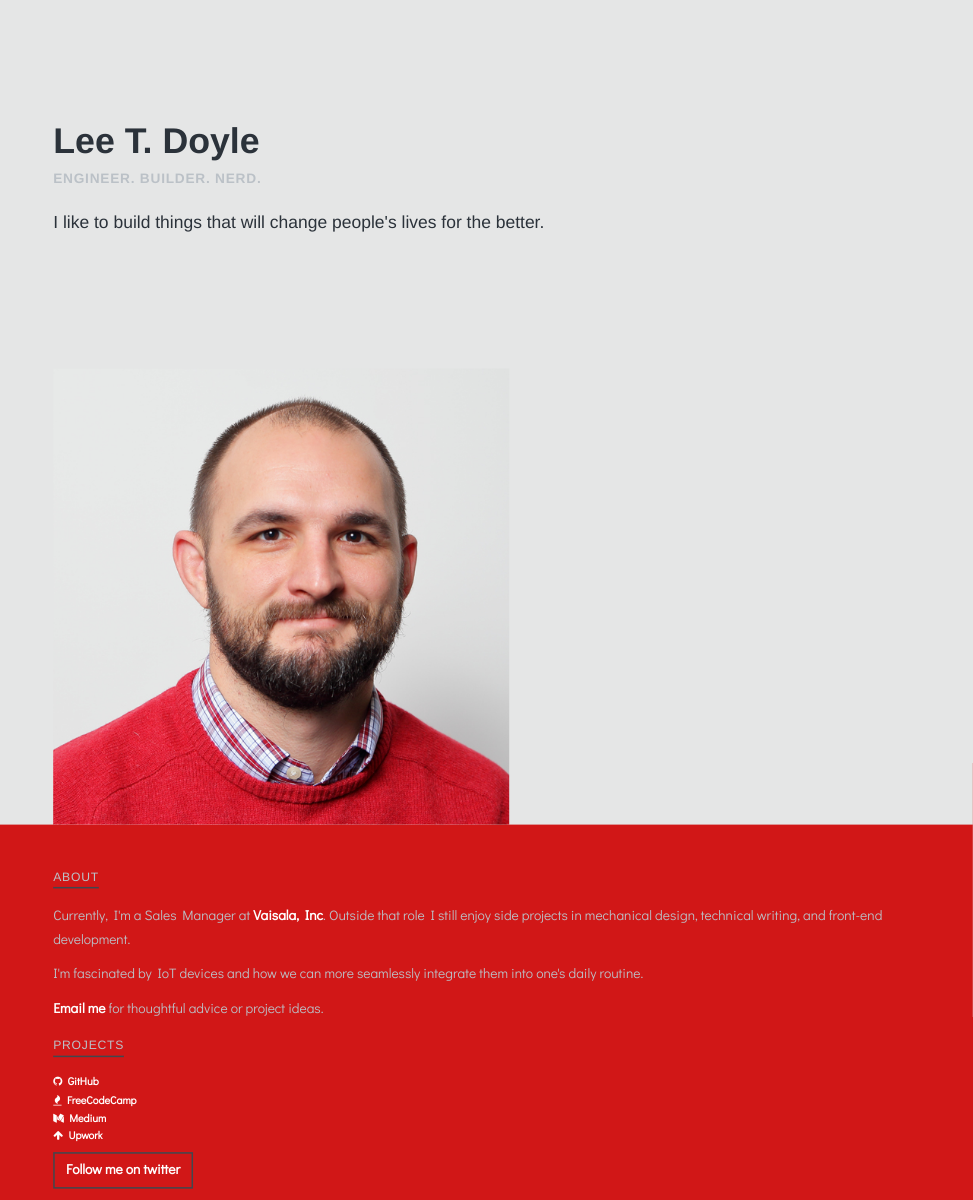
Repository: ldoyle0/ldoyle0.github.io
Page: index.html
The author's editor kept a record of every edit. The page is drawn from the files as they stood at one moment, then again after the next edit.
The browser window is 1280 px wide. The pictures show the whole page, at 76% of full size.
Some web libraries are served in a nearby version.

Above is the page before.

After the next edit:
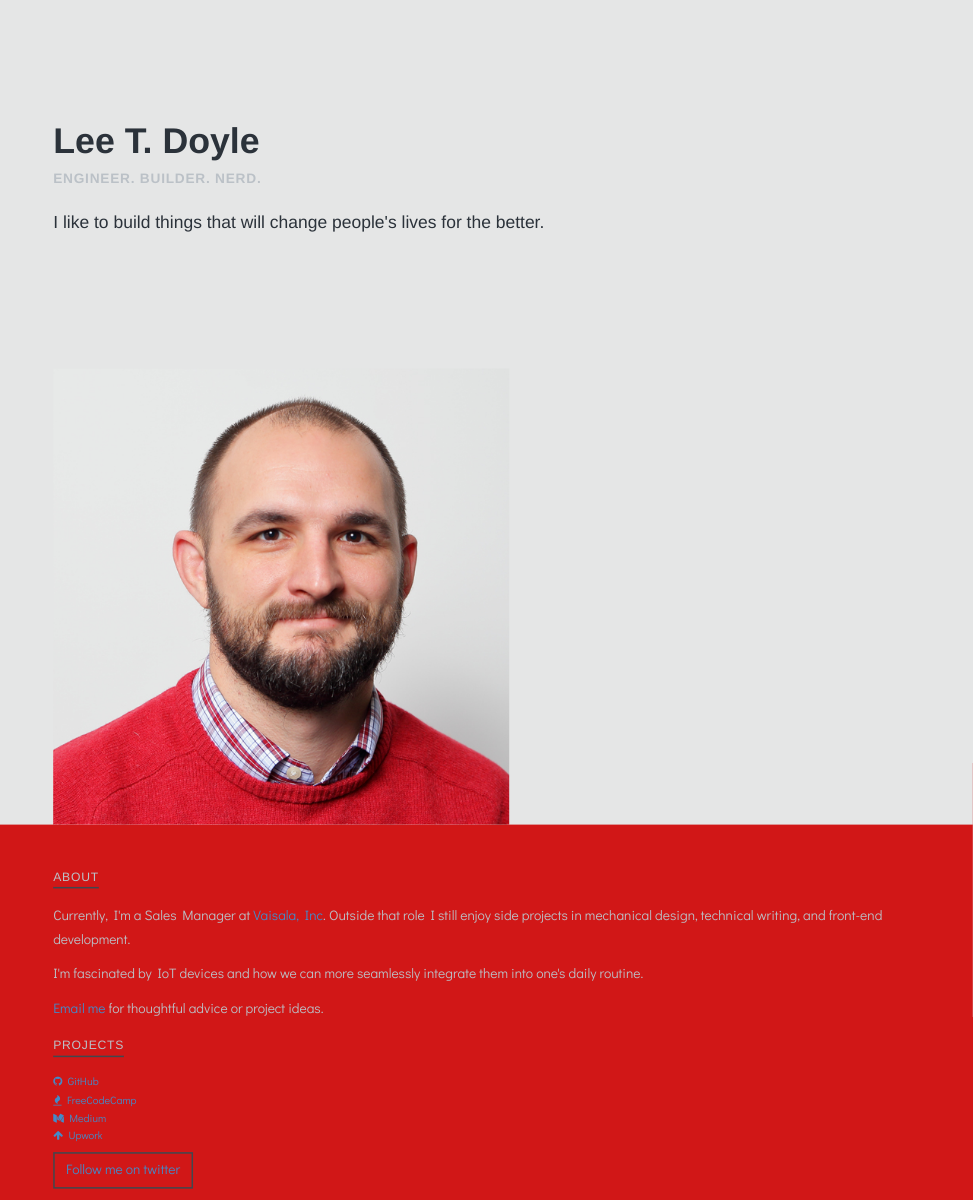
The edit:
--- a/css/style.css
+++ b/css/style.css
@@ -125,19 +125,7 @@
   padding: 0;
 }
 
-a,
-a:visited {
-  text-decoration: none;
-  font-weight: 600;
-  color: white;
-}
-a:hover,
-a:focus,
-a:active {
-  color: white;
-  border-bottom: 1px solid white;
-  padding-bottom: 5px;
-}
+
 
 footer {
   padding-top: 50px;

After the edit that followed:
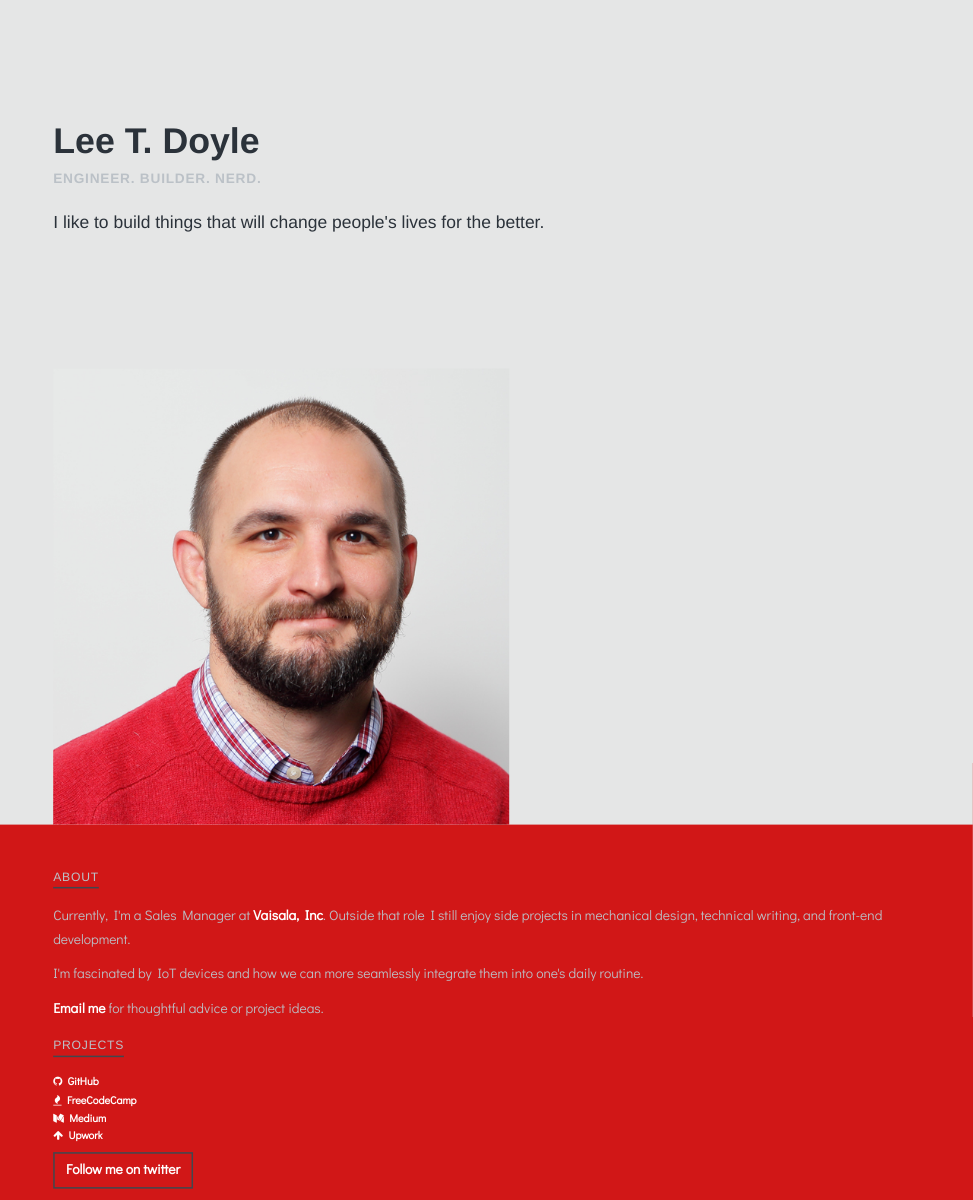
The edit:
--- a/css/style.css
+++ b/css/style.css
@@ -63,6 +63,20 @@
 
 p {
   font-size: 18px;
+}
+
+a,
+a:visited {
+  text-decoration: none;
+  font-weight: 600;
+  color: white;
+}
+a:hover,
+a:focus,
+a:active {
+  color: white;
+  border-bottom: 1px solid white;
+  padding-bottom: 5px;
 }
 
 /* Title */
